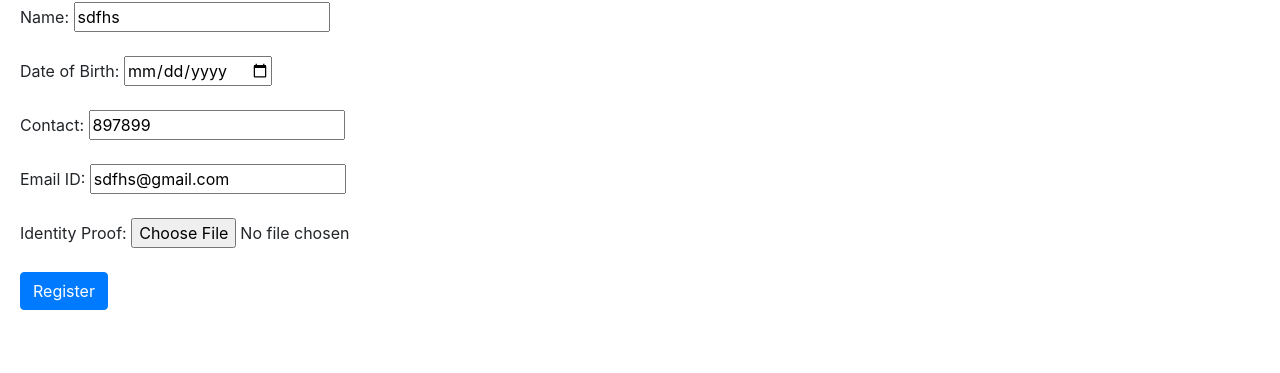
Repository: piyushrulesyou/CasinoGameApplication
Page: http://localhost/adminPanel/RegisterUser.jsp
The author's editor kept a copy of each file at every save. The page is drawn from the files as they stood at one save, then again after the next save.
The browser window is 1280 px wide. The pictures show the whole page.
The page is served by Tomcat 9. Nobody is signed in. The application's start-up code is not run.

Above is the page before, as saved 2019-10-31 09:32:40.
Console error: TypeError: Cannot read properties of undefined (reading 'setDefaults')

After the next save:
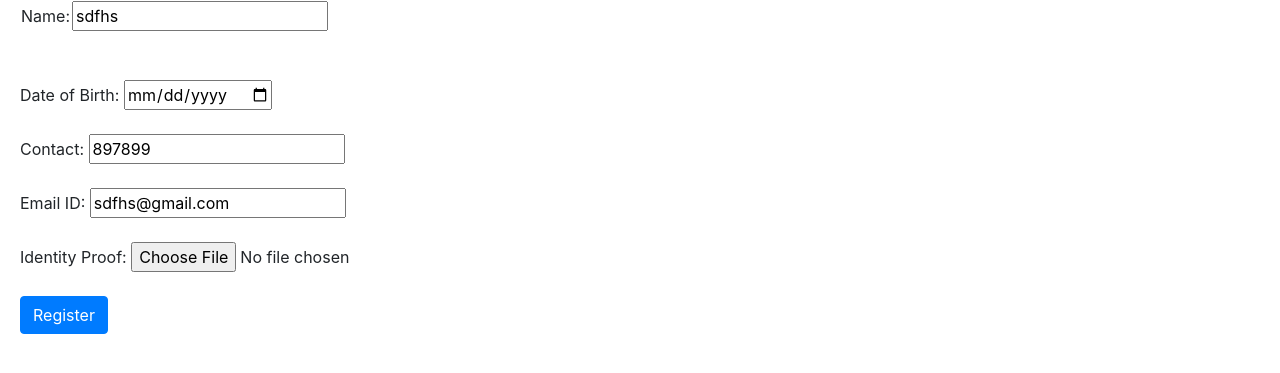
Saved 12 s later.
--- a/AdminPanel/adminPanel/src/main/webapp/RegisterUser.jsp
+++ b/AdminPanel/adminPanel/src/main/webapp/RegisterUser.jsp
@@ -40,14 +40,14 @@
 	<table>
 
 	<tr>
-		<td></td>
-		<td></td>
+		<td>Name:</td>
+		<td><input type="text" id="customerName" name="customerName" placeholder="Enter name" value="sdfhs" required="required"></td>
 	</tr>
 
 
 	</table>
 
-		Name: <input type="text" id="customerName" name="customerName" placeholder="Enter name" value="sdfhs" required="required">
+
 
 		<br><br>
 
